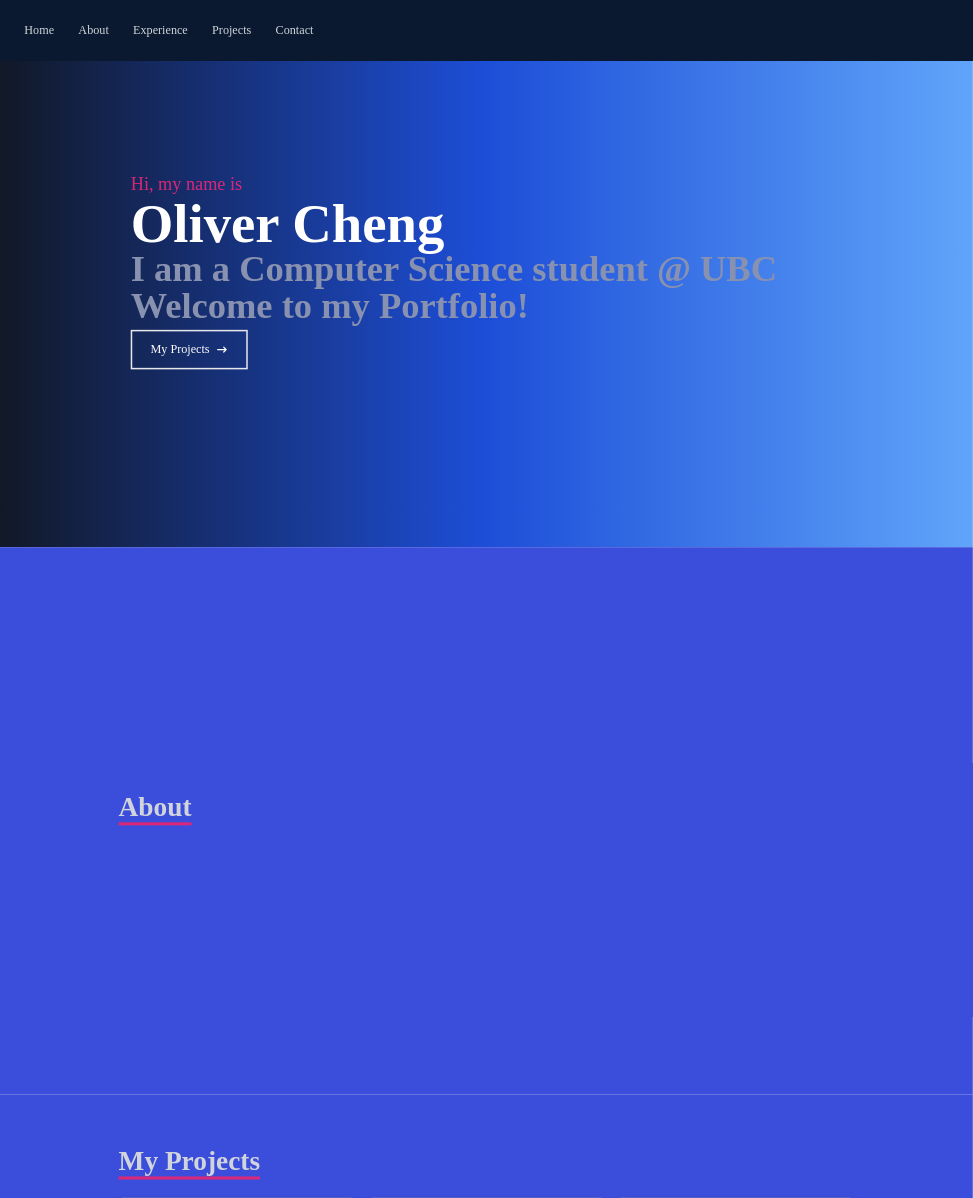
Repository: olichengus/Project-Portfolio
Page: /
The author's editor kept a copy of each file at every save. The page is drawn from the files as they stood at one save, then again after the next save.
The browser window is 1280 px wide. The pictures show the part of the page from y = 0 to 1576 px (the page is 2160 px tall), at 76% of full size.
Pictures or frames that could not be fetched are drawn as grey boxes. The project was rebuilt for these pictures with package versions that can differ from the ones it lists, and the page was loaded fresh each time.

Above is the page before, as saved 2024-02-09 23:53:59.

### src/index.css
@tailwind base;
@tailwind components;
@tailwind utilities;

@import url('https://fonts.googleapis.com/css2?family=Roboto:wght@300;400;500;700&display=swap');

@layer base {
  body {
    @apply font-[Raleway];
  }
  li {
    @apply px-4;
    @apply cursor-pointer;
  }
}


.content-div{
  background-repeat: no-repeat;
  background-size: cover;
  background-position: center;
  height: 250px;
}

.content-div:hover{
  background-image: linear-gradient(
    to right,
    rgba(112,157,255,0.8),
    hsla(242,74%,61%,0.8)
  )!important;
  background-color: rgba(0, 0, 0, 0.5);
  transition: 0.5s;
}

### src/App.js
import Home from './components/Home';
import Navbar from './components/Navbar';
import About from './components/About';
import Work from './components/Work';

function App() {
  return (
    <div>
      <Navbar />
      <Home />
      <About />
      <Work />
    </div>
  );
}

export default App;

### src/components/Home.jsx
import React from 'react'
import {HiArrowNarrowRight} from 'react-icons/hi'

const Home = () => {
  return (
    <div className='w-full h-screen bg-gradient-to-r from-gray-900 via-blue-700 to-blue-400'>
      {/* Container */}
      <div className='max-w-[1000px] mx-auto px-8 flex flex-col justify-center h-full'>
        <p className='text-pink-600 text-2xl'>Hi, my name is</p>
        <h1 className='text-white text-7xl font-bold'>Oliver Cheng</h1>
        <h2 className='text-4xl sm:text-5xl font-bold text-[#8892b0]'> I am a Computer Science student @ UBC</h2>
        <h2 className='text-4xl sm:text-5xl font-bold text-[#8892b0]'> Welcome to my Portfolio!</h2>
        <div className='background-color'>
          <button className = 'text-white border-2 px-6 py-3 my-2 flex items-center hover:bg-pink-600 hover:border-pink-600'>
            My Projects
            <span className='group-hover:rotate-90 duration-300'>
              <HiArrowNarrowRight className='ml-2' />
            </span>
          </button>
        </div>
      </div>

    </div>
  )
}

export default Home

### src/components/navbar.js
import React, {useState} from 'react'
import {
    FaBars,
    FaTimes,
    FaGithub,
    FaLinkedin
  } from 'react-icons/fa';
import { HiOutlineMail } from 'react-icons/hi';
import BsFillPersonFill from 'react-icons/bs';

const Navbar = () => {
    const [nav, setNav] = useState(false)
    const handleClick = () => setNav(!nav)
  return (
    <div className='fixed w-full h-[80px] flex justify-between items-center px-4 bg-[#0a192f] text-gray-300'>
    {/* menu */}
        <div className='hidden md:flex'>
            <ul className='hidden md:flex'>
                <li>Home</li>
                <li>About</li>
                <li>Experience</li>
                <li>Projects</li>
                <li>Contact</li>


            </ul>
        </div>

        <div onClick={handleClick} className='md:hidden z-10'>
            {/* if false set it to bars else set it to x logo*/}
            {!nav ? <FaBars /> : <FaTimes />}
        </div>


        {/* Moble menu */}
        <ul className={!nav ? "hidden": 'absolute top-0 left-0 w-full h-screen bg-[#0a192f] flex flex-col justify center items-center'}>
                <li className='py-6 text-4xl'>Home</li>
                <li className='py-6 text-4xl'>About</li>
                <li className='py-6 text-4xl'>Experience</li>
                <li className='py-6 text-4xl'>Projects</li>
                <li className='py-6 text-4xl'>Contact</li>

        </ul>
        {/* Social Icons */}
        <div className='flex fixed flex-col top-[35%] left-0;'>
        </div>
    </div>


  )
}

export default Navbar

### src/components/About.jsx
import React from 'react';

const About = () => {
    return (
        <div name='about' className='w-full h-screen bg-[#3b4ddb] text-gray-300'>
            <div className='flex flex-col justify-center items-center w-full h-full'>
                <div className='max-w-[1000px] w-full px-4 justify-center items-center'>
                    <div className='text-left'>
                        <p className='text-4xl font-bold inline border-b-4 border-pink-600 hover:text-white'>About</p>
                    </div>

                </div>
                <div className='mt-9 max-w-[1000px] w-full'>
                </div>
            </div>
        </div>
    )
}

export default About;

### src/components/Work.jsx
import React from 'react';
import Background from '../assets/background.jpeg';

const Work = () => {
    return (
        <div className='w-full md:h-screen text-gray-300 bg-[#3b4ddb]'>
            <div className='max-w-[1000px] mx-auto p-4 flex flex-col justify-center w-full h-full'>
                <div>
                    <p className='text-4xl font-bold inline border-b-4 text-gray-300 border-pink-600'>My Projects</p>
                </div>

            {/* Container */}

                <div className='grid sm:grid-cols-2 md:grid-cols-3 gap-4 mt-7'>

            {/* Grid Item */}
                    <div style = {{backgroundImage: `url(${Background})`}}
                    className='shadow-lg shadow-[#040c16] group container rounded-md flex justify-center items-center mx-auto content-div'>

                        {/* Hover Effects */}
                        <div className='opacity-0 group-hover:opacity-100'>
                            <span className='text-2xl font-bold text-white tracking-wider'>
                                UBC Elective Finder
                            </span>
                            <div className='pt-8 text-center'>
                                {/* <a href ="/">
                                    <button className='text-center rounded-lg px-4 py-3 m-2 bg-white text-gray-700 font-bold text-lg'>Demo</button>
                                </a> */}
                                <a href = "https://github.com/olichengus/UBC-Elective-Finder">
                                    <button className='text-center rounded-lg px-5 py-3 m-2 bg-white text-gray-700 font-bold text-lg'>View</button>
                                </a>
                            </div>
                        </div>
                    </div>

                    <div style = {{backgroundImage: `url(${Background})`}}
                    className='shadow-lg shadow-[#040c16] group container rounded-md flex justify-center items-center mx-auto content-div'>

                        {/* Hover Effects */}
                        <div className='opacity-0 group-hover:opacity-100'>
                            <span className='text-2xl font-bold text-white tracking-wider'>
                                Telomeres Website
                            </span>
                            <div className='pt-8 text-center'>
                                {/* <a href ="/">
                                    <button className='text-center rounded-lg px-4 py-3 m-2 bg-white text-gray-700 font-bold text-lg'>Demo</button>
                                </a> */}
                                <a href = "https://github.com/olichengus/TelomeresWebsite">
                                    <button className='text-center rounded-lg px-5 py-3 m-2 bg-white text-gray-700 font-bold text-lg'>View</button>
                                </a>
                            </div>
                        </div>
                    </div>

                    <div style = {{backgroundImage: `url(${Background})`}}
                    className='shadow-lg shadow-[#040c16] group container rounded-md flex justify-center items-center mx-auto content-div'>

                        {/* Hover Effects */}
                        <div className='opacity-0 group-hover:opacity-100'>
                            <span className='text-2xl font-bold text-white tracking-wider'>
                                Wishlist Application
                            </span>
                            <div className='pt-8 text-center'>
                                {/* <a href ="https://github.com/olichengus/WishList">
                                    <button className='text-center rounded-lg px-4 py-3 m-2 bg-white text-gray-700 font-bold text-lg'>Demo</button>
                                </a> */}
                                <a href = "https://github.com/olichengus/WishList">
                                    <button className='text-center rounded-lg px-5 py-3 m-2 bg-white text-gray-700 font-bold text-lg'>View</button>
                                </a>
                            </div>
                        </div>
                    </div>

                    <div style = {{backgroundImage: `url(${Background})`}}
                    className='shadow-lg shadow-[#040c16] group container rounded-md flex justify-center items-center mx-auto content-div'>

                        {/* Hover Effects */}
                        <div className='opacity-0 group-hover:opacity-100'>
                            <span className='text-2xl font-bold text-white tracking-wider'>
                                PythonRoads
                            </span>
                            <div className='pt-8 text-center'>
                                {/* <a href ="/">
                                    <button className='text-center rounded-lg px-4 py-3 m-2 bg-white text-gray-700 font-bold text-lg'>Demo</button>
                                </a> */}
                                <a href = "https://github.com/olichengus/PythonRoads">
                                    <button className='text-center rounded-lg px-5 py-3 m-2 bg-white text-gray-700 font-bold text-lg'>View</button>
                                </a>
                            </div>
                        </div>
                    </div>

                </div>



            </div>
        </div>
    );
};

export default Work;

### tailwind.config.js
/** @type {import('tailwindcss').Config} */
module.exports = {
  content: ["./src/**/*.{html,jsx}"],
  theme: {
    extend: {},
  },
  plugins: [],
}

Loaded but not shown: public/index.html (common file); src/index.js (common file)

After the next save:
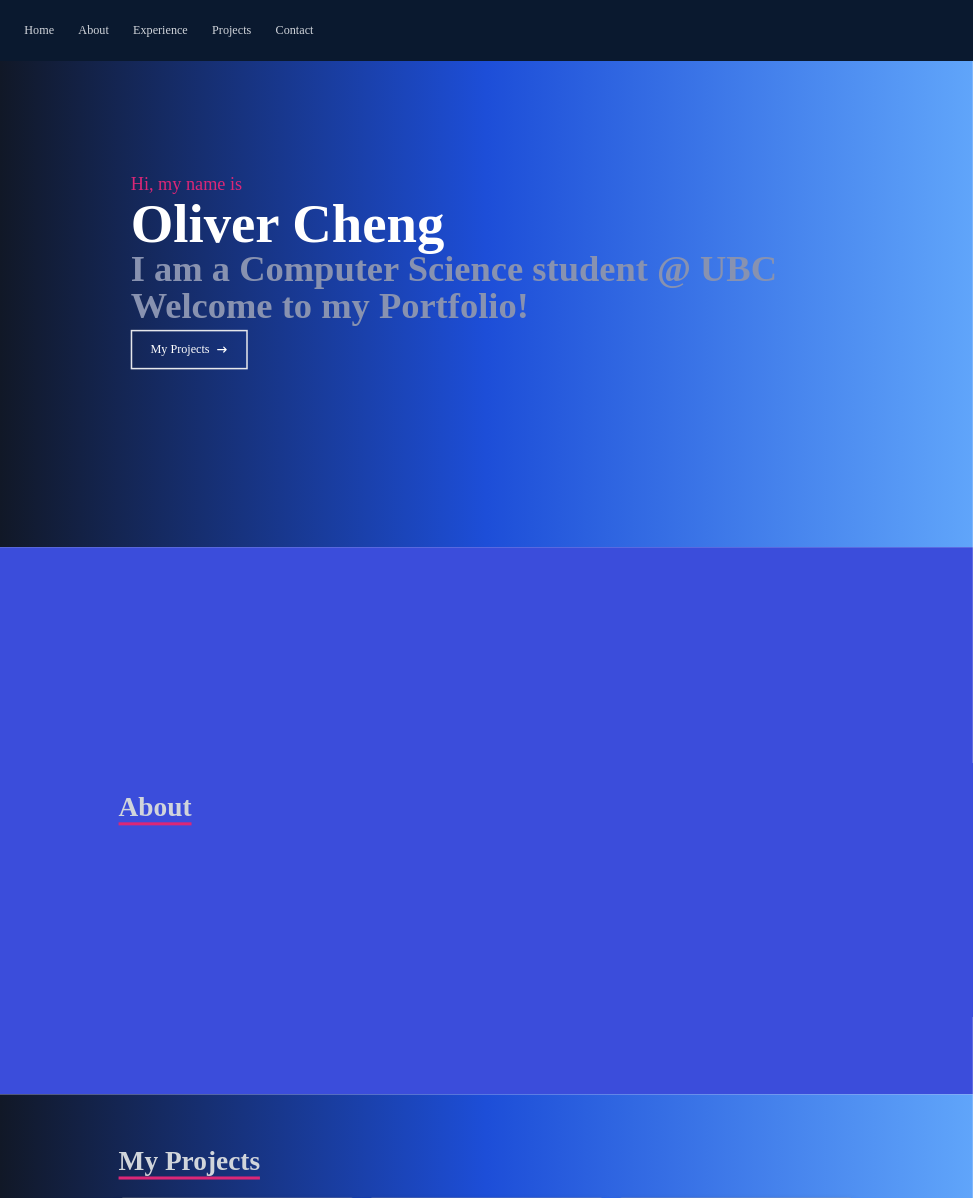
Saved 41 s later.
--- a/src/components/Work.jsx
+++ b/src/components/Work.jsx
@@ -3,7 +3,7 @@ import Background from '../assets/background.jpeg';
 
 const Work = () => {
     return (
-        <div className='w-full md:h-screen text-gray-300 bg-[#3b4ddb]'>
+        <div className='w-full md:h-screen text-gray-300 bg-gradient-to-r from-gray-900 via-blue-700 to-blue-400'>
             <div className='max-w-[1000px] mx-auto p-4 flex flex-col justify-center w-full h-full'>
                 <div>
                     <p className='text-4xl font-bold inline border-b-4 text-gray-300 border-pink-600'>My Projects</p>
